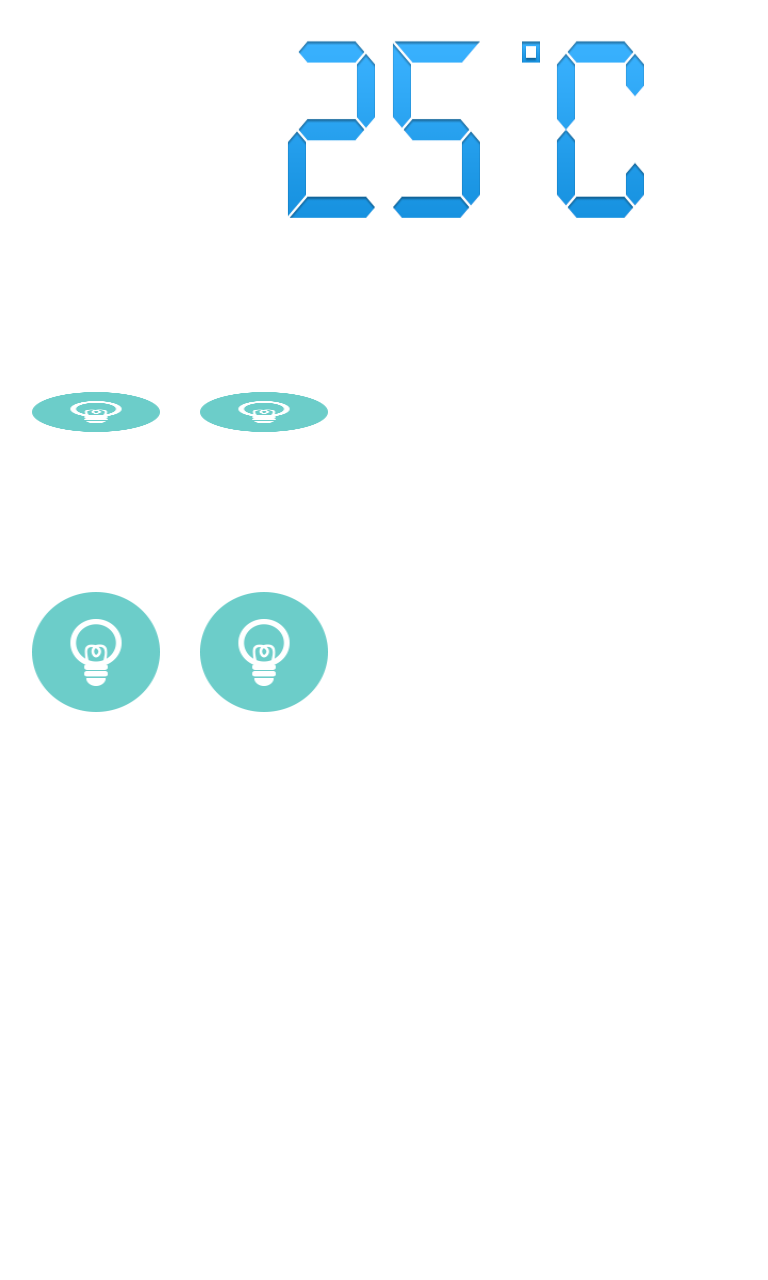
Repository: MyungSinKim/mqtt-demo
Layout: cloud2-demo/res/layout/main.xml
An editor plug-in stored every save of this project. The layout is shown before and after a run of saves, followed by the edit.
It is drawn on a 768 x 1280 px phone screen (xhdpi) without system bars, with theme AppTheme; the app's code is not run.

Above is the layout before, as saved 2015-11-02 05:07:58.

After the next 2 saves:
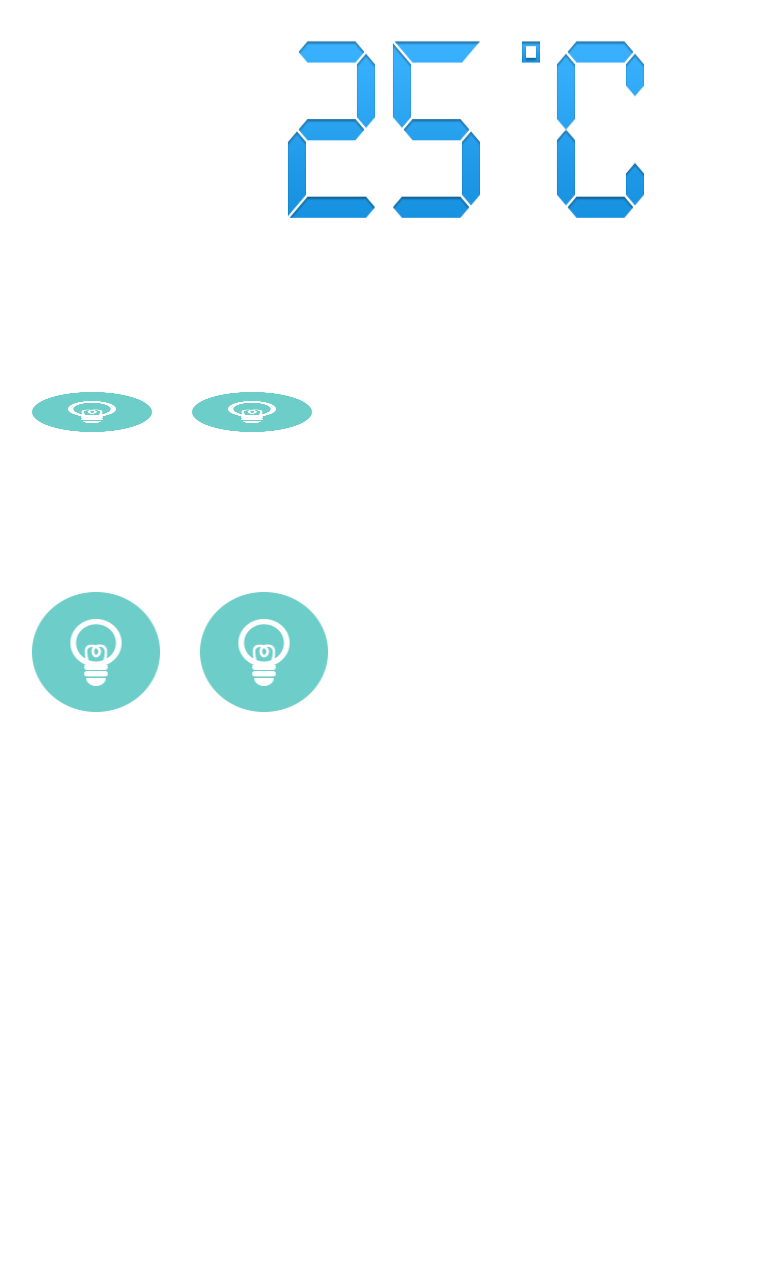
The 2 saves are shown as one change because they came seconds apart.
The last was saved 25 s later.
--- a/cloud2-demo/res/layout/main.xml
+++ b/cloud2-demo/res/layout/main.xml
@@ -16,39 +16,41 @@
             android:id="@+id/temperture_iv"
             android:layout_width="wrap_content"
             android:layout_height="100dp"
-            android:background="@drawable/num_25"
-            android:layout_centerHorizontal="true" />
+            android:layout_centerHorizontal="true"
+            android:background="@drawable/num_25" />
+
         <ImageView
             android:id="@+id/temperture_unit_iv"
             android:layout_width="wrap_content"
             android:layout_height="100dp"
-            android:background="@drawable/air_du"
+            android:layout_marginLeft="10dp"
             android:layout_toRightOf="@id/temperture_iv"
-            android:layout_marginLeft="10dp"/>
+            android:background="@drawable/air_du" />
     </RelativeLayout>
-     <RelativeLayout
+
+    <RelativeLayout
         android:id="@+id/rl2"
         android:layout_width="match_parent"
         android:layout_height="100dp"
-        android:layout_below="@+id/rl1">
+        android:layout_below="@+id/rl1" >
 
-       <Button
-        android:id="@+id/imageButton1"
-        android:layout_width="wrap_content"
-        android:layout_height="wrap_content"
-        android:layout_marginTop="80dp"
-        android:background="@drawable/light_off"
-        android:tag="off" />
+        <ImageView
+            android:id="@+id/imageButton1"
+            android:layout_width="wrap_content"
+            android:layout_height="wrap_content"
+            android:layout_marginTop="80dp"
+            android:background="@drawable/light_off"
+            android:tag="off" />
 
-    <Button
-        android:id="@+id/imageButton2"
-        android:layout_width="wrap_content"
-        android:layout_height="wrap_content"
-        android:layout_alignTop="@+id/imageButton1"
-        android:layout_marginLeft="20dp"
-        android:layout_toRightOf="@id/imageButton1"
-        android:background="@drawable/light_off"
-        android:tag="off" />
+        <ImageView
+            android:id="@+id/imageButton2"
+            android:layout_width="wrap_content"
+            android:layout_height="wrap_content"
+            android:layout_alignTop="@+id/imageButton1"
+            android:layout_marginLeft="20dp"
+            android:layout_toRightOf="@id/imageButton1"
+            android:background="@drawable/light_off"
+            android:tag="off" />
     </RelativeLayout>
 
     <Button
